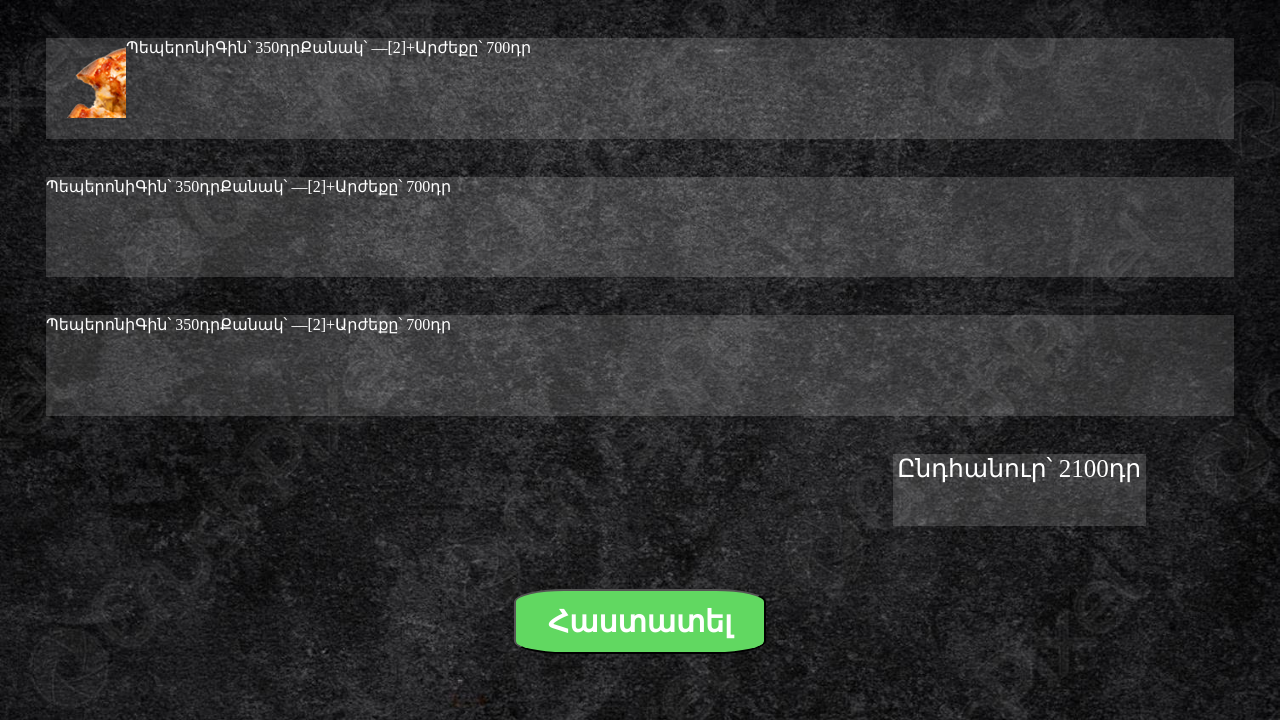
Repository: NarekTovmasyan/PizzaManue
Page: public/basket.html
These files come from the project's save history. The page is drawn as it stood at one moment and after the next save; the edit follows.
The browser window is 1280 px wide. The pictures show the whole page.

Above is the page before, as saved 2022-01-20 14:31:20.

After the next save:
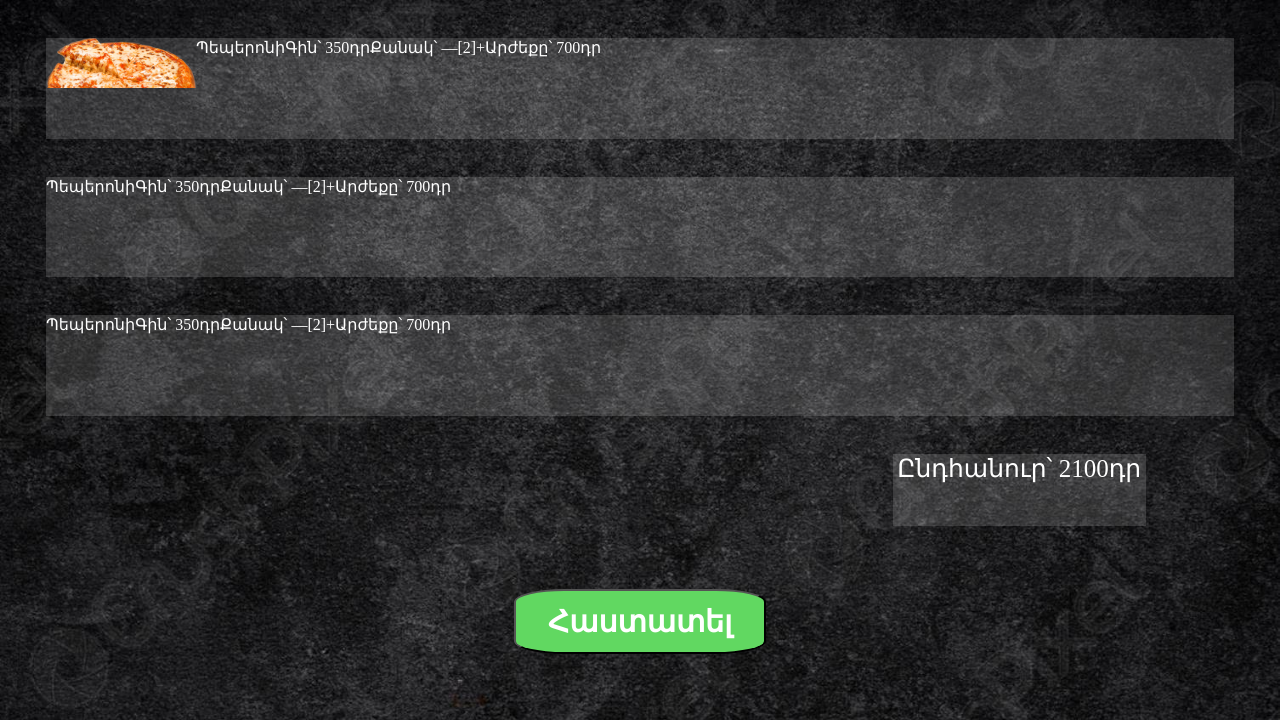
Saved 7 min 34 s later.
--- a/public/basket.css
+++ b/public/basket.css
@@ -49,7 +49,8 @@ body {
 .pizza1Img{
 
     background-image: url(./images/pizza1.png);
-    height: 80px;
-    width: 80px;
+    height: 50px;
+    width: 150px;
+    background-size: cover;
 
 }
